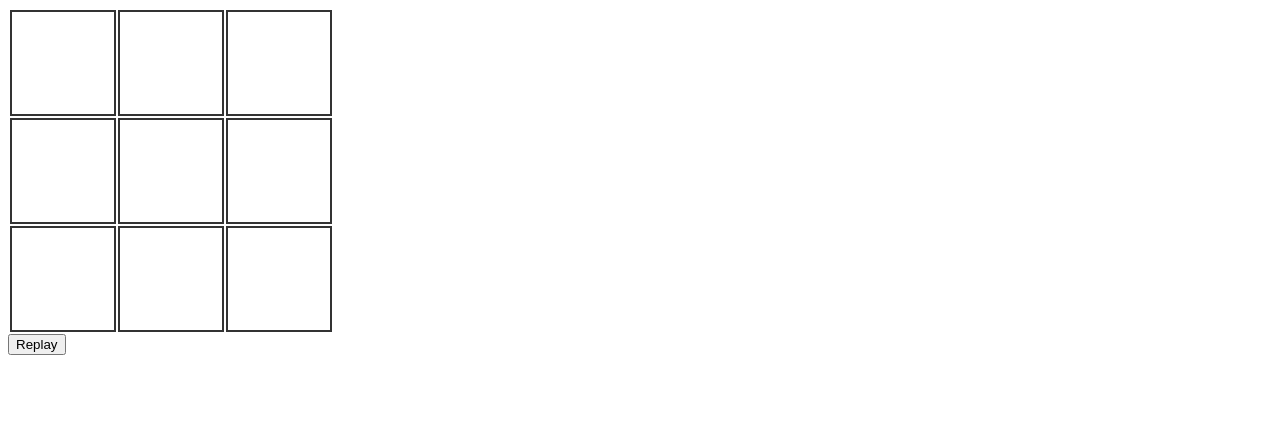
Repository: pifls/opd-projekty
Page: min-max/index.html
The author's editor kept a copy of each file at every save. The page is drawn from the files as they stood at one save, then again after the next save.
The browser window is 1280 px wide. The pictures show the whole page.

Above is the page before, as saved 2019-01-16 13:12:46.

After the next save:
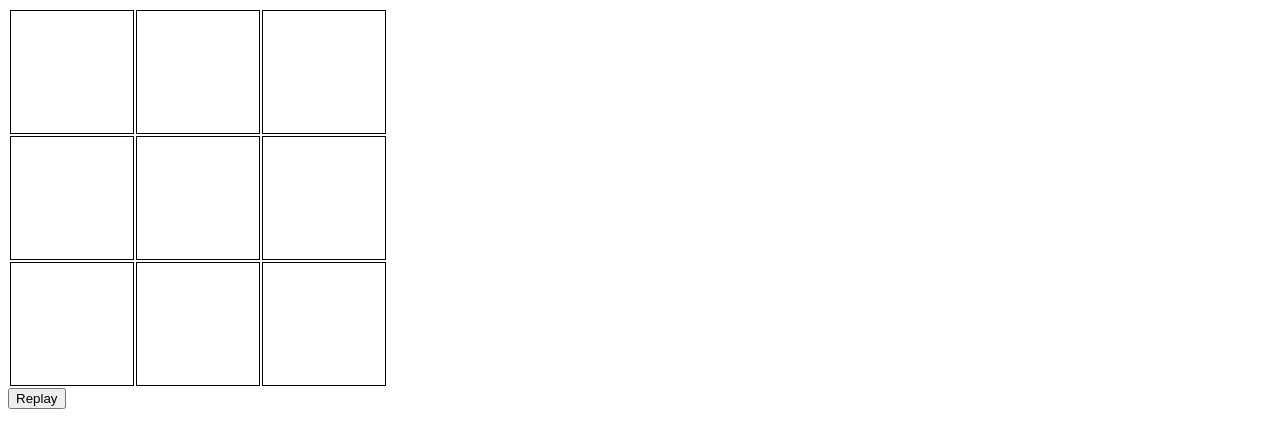
Saved 33 s later.
--- a/min-max/styles.css
+++ b/min-max/styles.css
@@ -1,7 +1,7 @@
 td {
-    border: 2px solid #333;
-    height: 100px;
-    width: 100px;
+    border: 1px solid #000;
+    height: 120px;
+    width: 120px;
     text-align: center;
     font-size: 70px;
     cursor: pointer;
